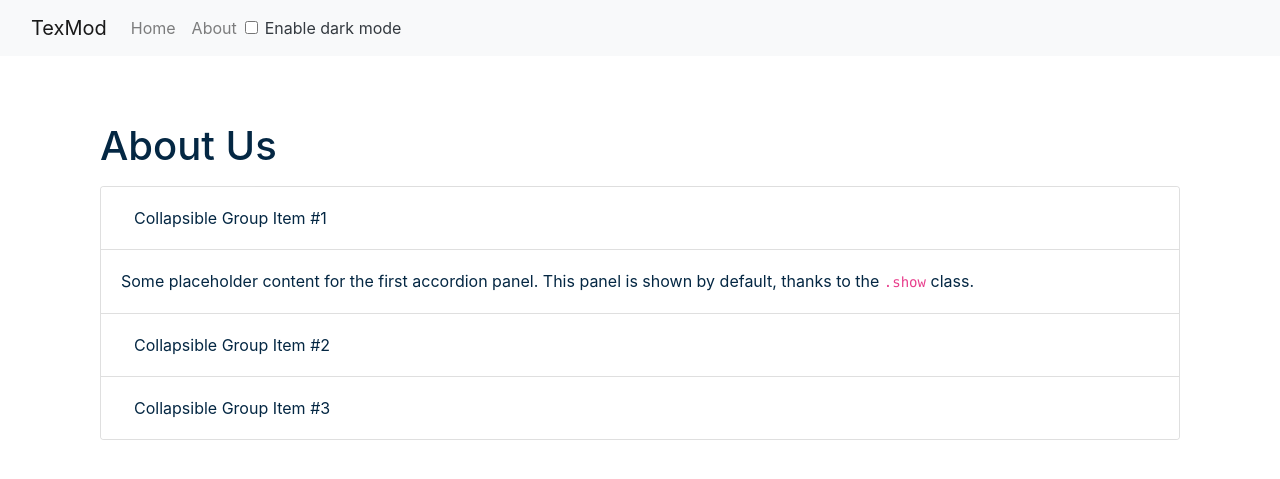
Repository: Ayush-dixit-15/TexMod
Page: /about
The author's editor kept a copy of each file at every save. The page is drawn from the files as they stood at one save, then again after the next save.
The browser window is 1280 px wide. The pictures show the whole page.
The project was rebuilt for these pictures with package versions that can differ from the ones it lists, and the page was loaded fresh each time. Also part of the build but not shown: src/index.css, src/App.css, src/components/TextForm.js.

Above is the page before, as saved 2022-07-01 20:00:32.

After the next save:
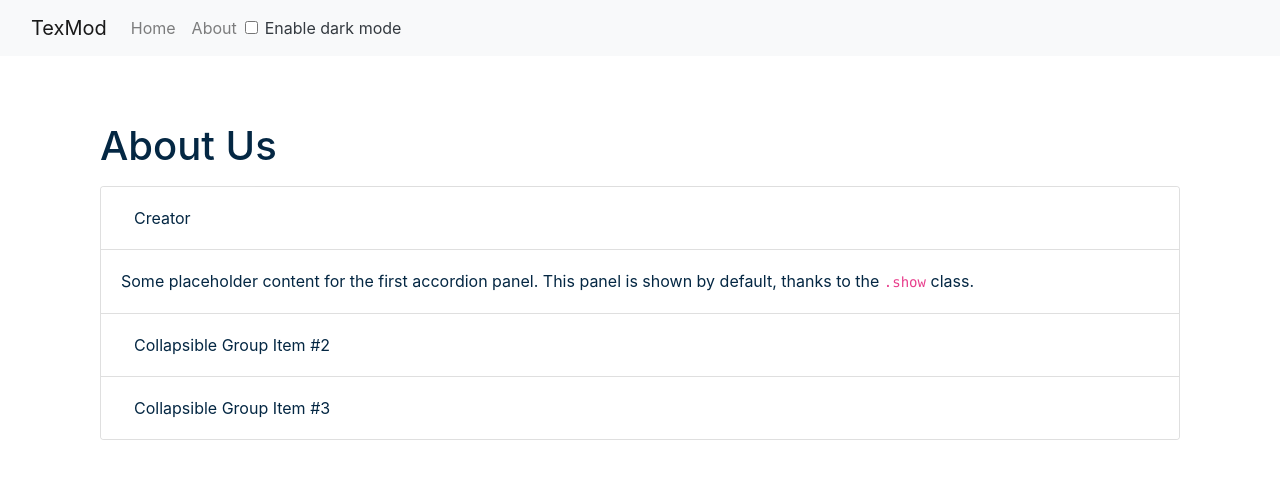
Saved 40 s later.
--- a/src/components/About.js
+++ b/src/components/About.js
@@ -19,7 +19,7 @@ export default function About(props) {
     <div class="card-header" id="headingOne" style={myStyle}>
       <h2 class="mb-0">
         <button class="btn btn-link btn-block text-left collapsed" type="button" data-toggle="collapse" data-target="#collapseOne" aria-expanded="true" aria-controls="collapseOne" style={myStyle}>
-          Collapsible Group Item #1
+          Creator
         </button>
       </h2>
     </div>
